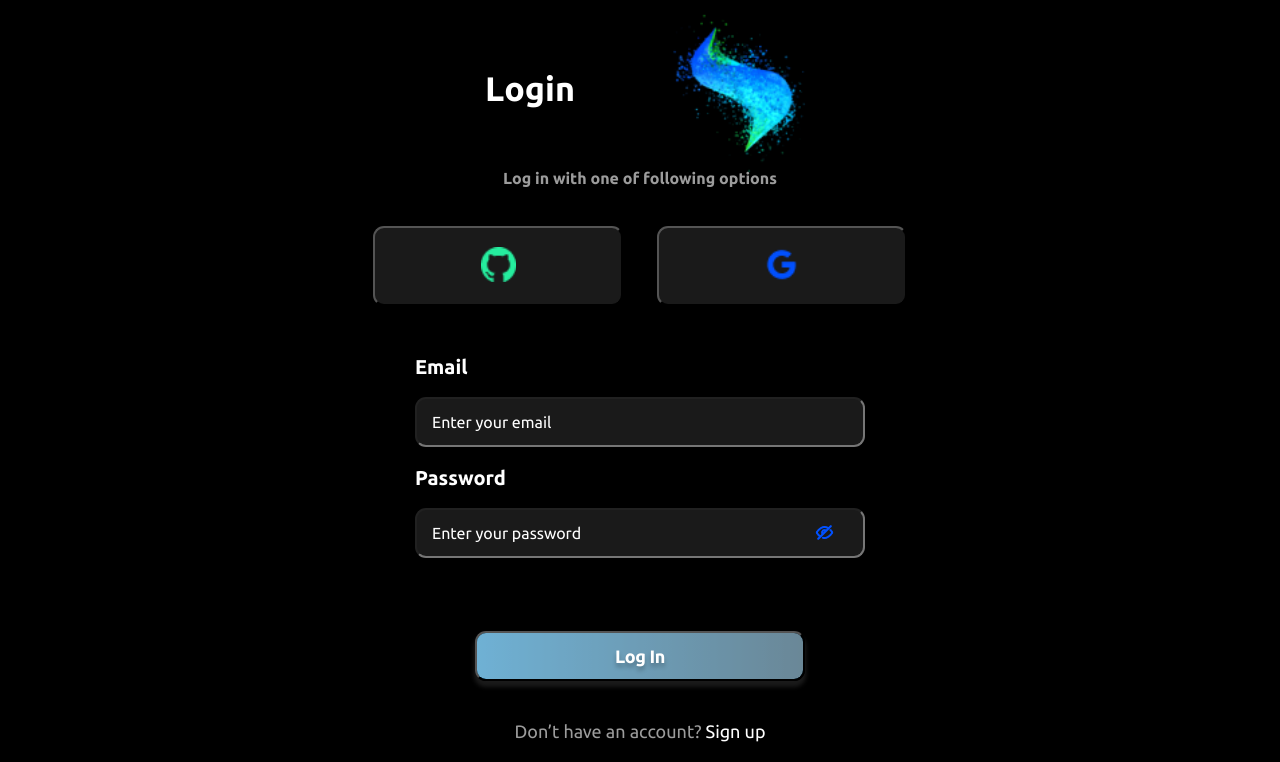
Repository: Cherced/QuanticFilms
Page: /login
An editor plug-in stored every save of this project. The page is shown before and after the next save, followed by the edit.
The browser window is 1280 px wide. The pictures show the whole page.
The page's requests for data from a server got no answer. The project was rebuilt for these pictures with package versions that can differ from the ones it lists, and the page was loaded fresh each time. The framework's server and built-in components were replaced by stand-ins that run in the browser. No one was signed in, and anything a server would have sent is missing. Also part of the build but not shown: components/atoms/HeaderFloat.jsx.

Above is the page before, as saved 2022-06-10 11:30:06.

After the next save:
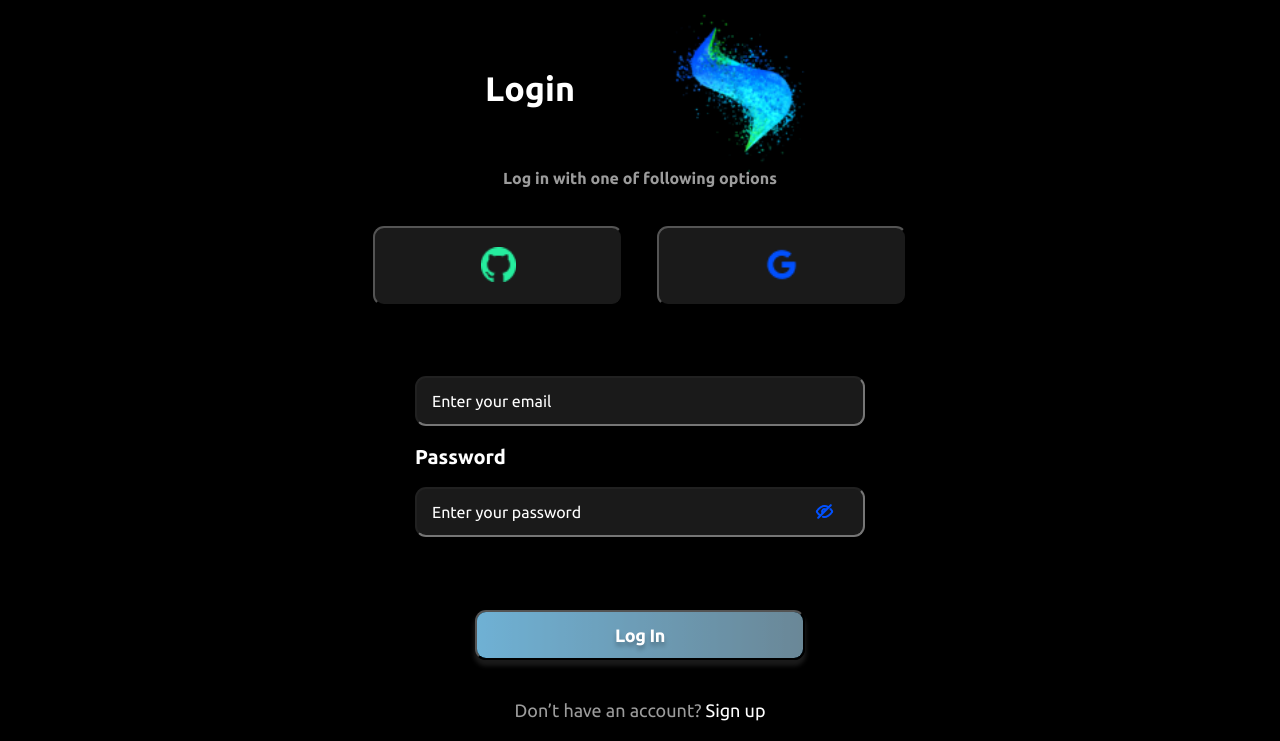
Saved 97 s later.
--- a/components/molecules/LoginForm.jsx
+++ b/components/molecules/LoginForm.jsx
@@ -4,7 +4,7 @@
 export const LoginForm = () => {
   return (
     <div className="formContainer">
-        <InputBasicAccont titleForm="Email" placeholder="Enter your email" password={false} />
+        <InputBasicAccont name="Email" placeholder="Enter your email" password={false} type="text" autoComplete="off" />
         <InputBasicAccont titleForm="Password" placeholder="Enter your password" password={true} />
     </div>
   )

After the save that followed:
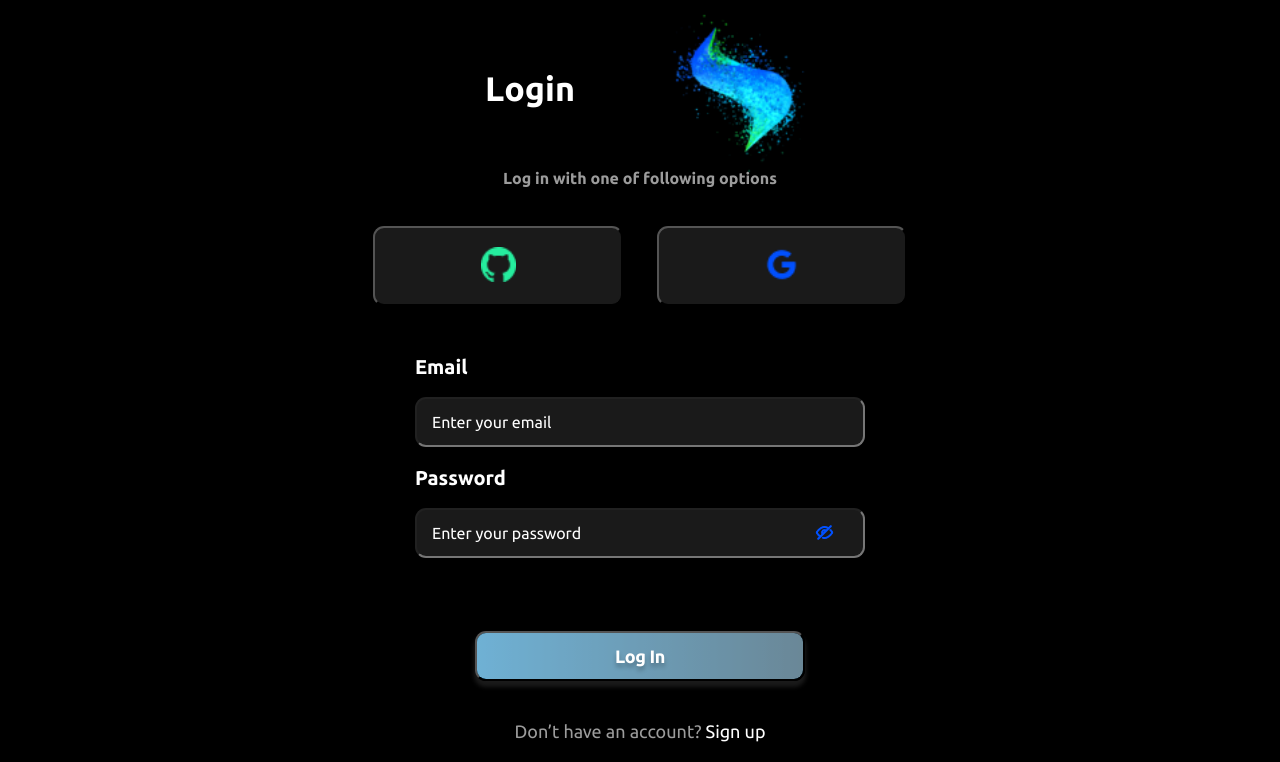
Saved 92 s later.
--- a/components/molecules/LoginForm.jsx
+++ b/components/molecules/LoginForm.jsx
@@ -4,7 +4,7 @@
 export const LoginForm = () => {
   return (
     <div className="formContainer">
-        <InputBasicAccont name="Email" placeholder="Enter your email" password={false} type="text" autoComplete="off" />
+        <InputBasicAccont titleForm={"Email"} name="Email" placeholder="Enter your email" password={false} type="text" autoComplete="off" />
         <InputBasicAccont titleForm="Password" placeholder="Enter your password" password={true} />
     </div>
   )
